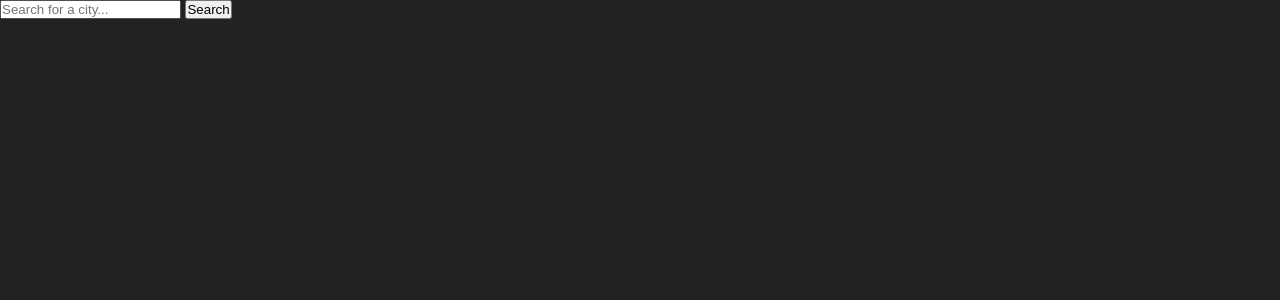
Repository: Abdelilah-Lakrim/Weather-App
Page: index.html
The author's editor kept a copy of each file at every save. The page is drawn from the files as they stood at one save, then again after a run of saves.
The browser window is 1280 px wide. The pictures show the whole page.

Above is the page before, as saved 2025-06-17 10:58:26.

### index.html
<!DOCTYPE html>
<html>
<head>
    <meta charset="UTF-8" />
    <title>Weather App</title>
    <link rel="stylesheet" href="style.css" >
</head>
<body>

    <div class="card">
        <div class="search">
            <input type="text" placeholder="Search for a city..." spellcheck="false" />
            <button id="searchButton">Search</button>
        </div>
    </div>

</body>
</html>

### style.css
*{
    margin: 0;
    padding: 0;
    font-family: 'Poppins', sans-serif;
    box-sizing: border-box;
}
body{
    background-color: #222;
    color: #333;
}

After the next 2 saves:
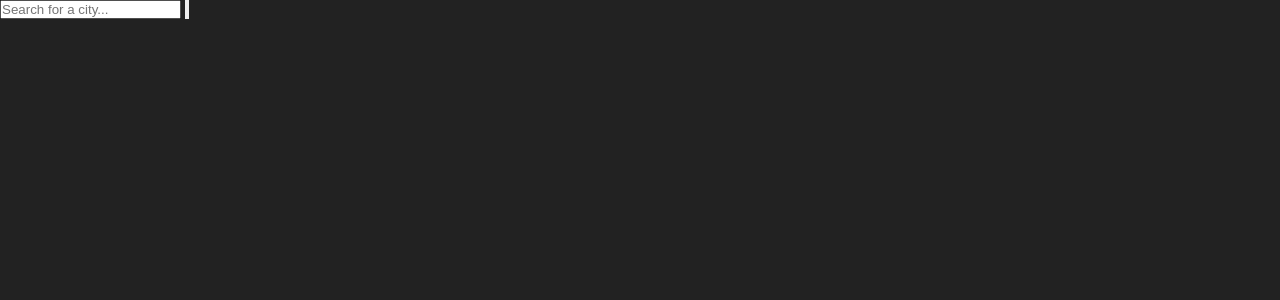
The 2 saves are shown as one change because they came seconds apart.
The last was saved 27 s later.
--- a/index.html
+++ b/index.html
@@ -10,7 +10,7 @@
     <div class="card">
         <div class="search">
             <input type="text" placeholder="Search for a city..." spellcheck="false" />
-            <button id="searchButton">Search</button>
+            <button id="searchButton"><img></button>
         </div>
     </div>
 
